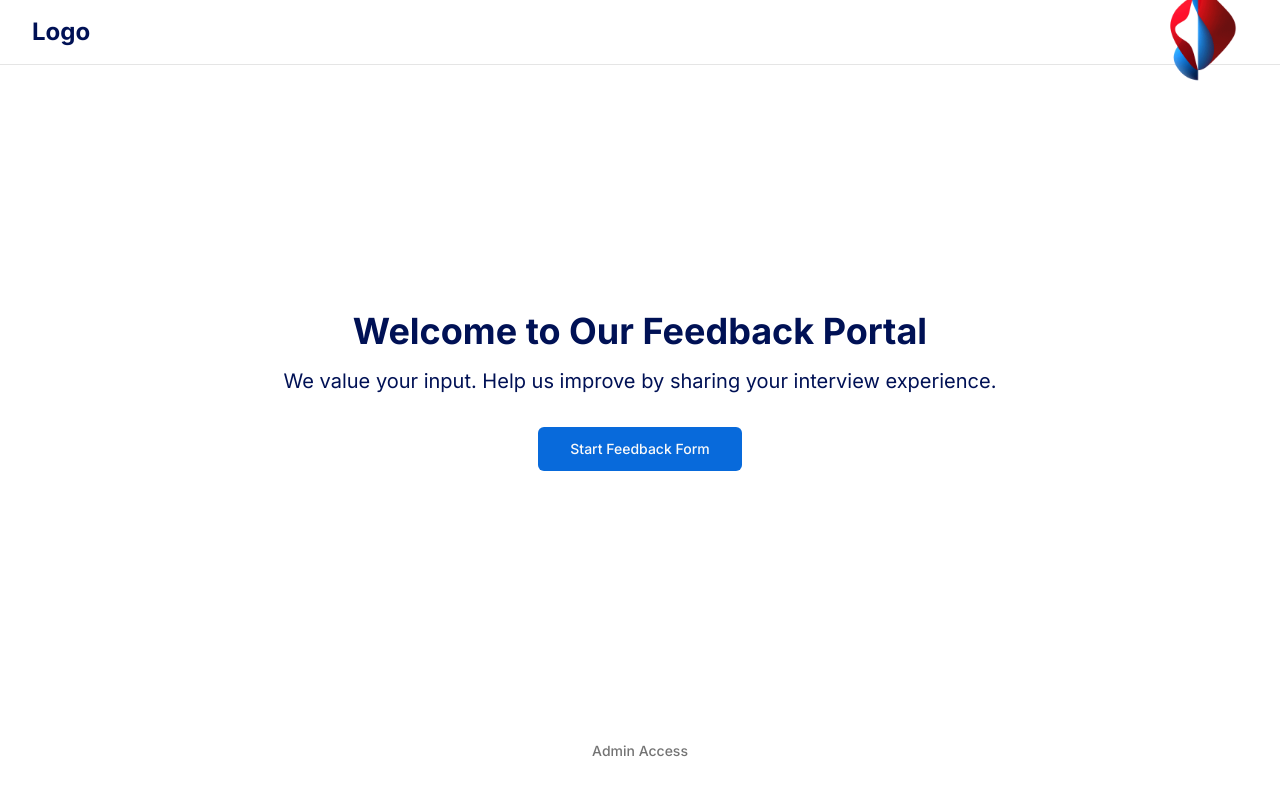
Repository: imets01/swisscom-feedback-app
Page: / (app in frontend/)
The author's editor kept a copy of each file at every save. The page is drawn from the files as they stood at one save, then again after the next save.
The browser window is 1280 px wide. The pictures show the whole page.
The project was rebuilt for these pictures with package versions that can differ from the ones it lists, and the page was loaded fresh each time. The framework's server and built-in components were replaced by stand-ins that run in the browser. Also part of the build but not shown: frontend/next.config.mjs, frontend/src/components/ui/label.jsx, frontend/src/components/ui/form.jsx, frontend/src/components/ui/input.jsx, frontend/src/components/ui/card.jsx, frontend/src/app/components/loginForm.js, frontend/src/app/login/page.js.

Above is the page before, as saved 2024-11-30 18:58:31.

After the next save:
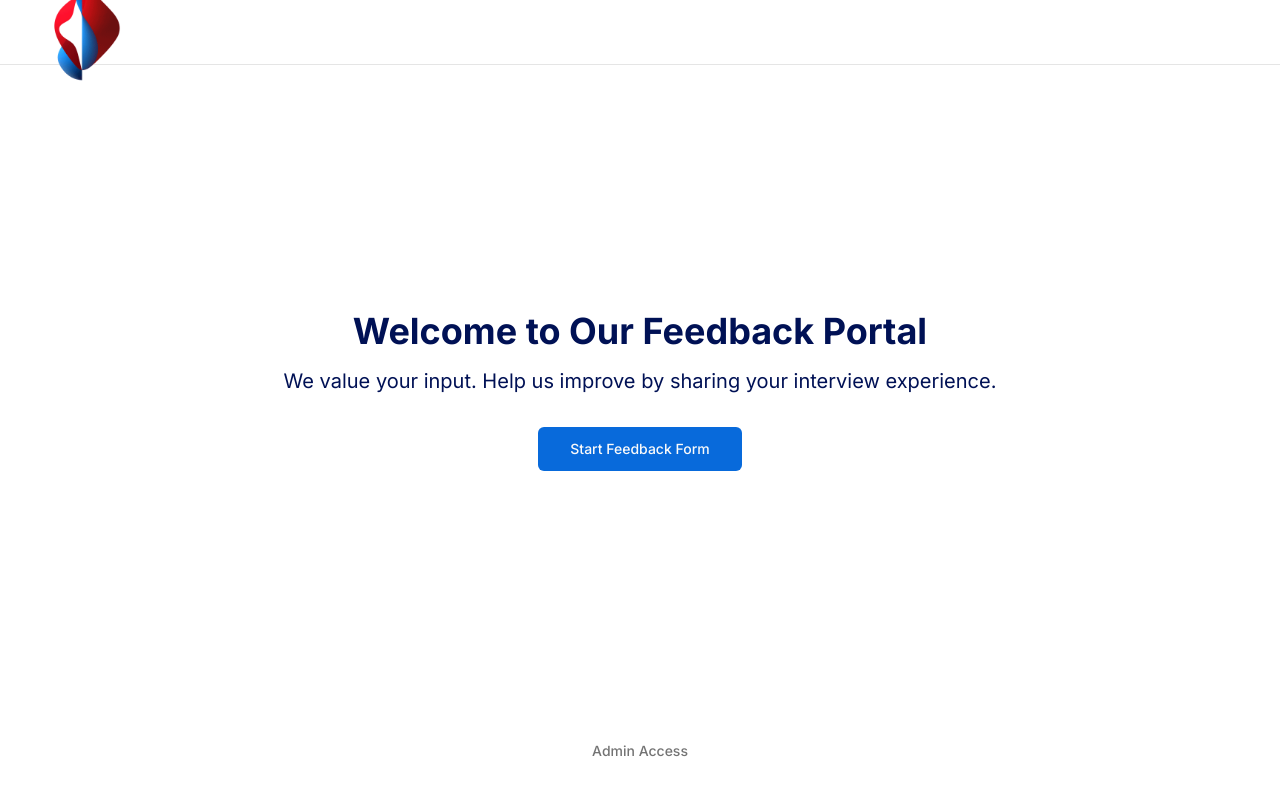
Saved 21 s later.
--- a/frontend/src/app/components/headerComponent.js
+++ b/frontend/src/app/components/headerComponent.js
@@ -6,12 +6,6 @@ export default function Header() {
     <header className="bg-background border-b">
       <div className="container mx-auto px-4 sm:px-6 lg:px-8">
         <div className="flex items-center justify-between h-16">
-          <div className="flex items-center">
-            <Link href="/" className="flex-shrink-0">
-              <span className="text-2xl font-bold text-primary">Logo</span>
-            </Link>
-          </div>
-          {/* Displaying GIF with Image component */}
           <div className="flex items-center">
             <Image
               src="/650a16197f1c9d8e2dc7593a_SC-Lifeform.gif" // Path to the gif in the public folder
